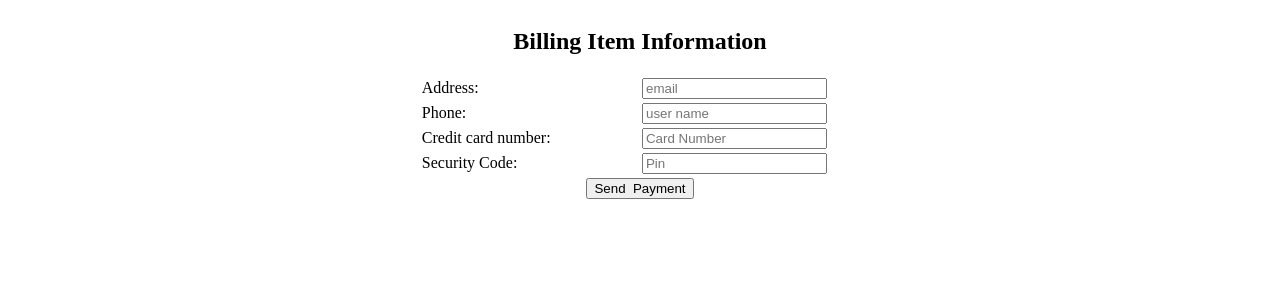
Repository: UnforgivenZZZ/bulldog
Page: http://localhost/bulldog/Orderform.jsp
The author's editor kept a copy of each file at every save. The page is drawn from the files as they stood at one save, then again after the next save.
The browser window is 1280 px wide. The pictures show the whole page.
The page is served by Tomcat 9.

Above is the page before, as saved 2017-07-07 21:17:28.

After the next save:
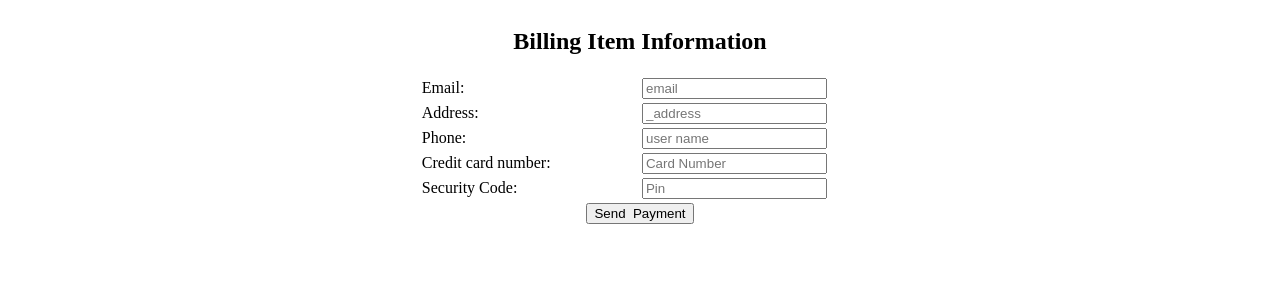
Saved 2 min 1 s later.
--- a/bulldog/WebContent/Orderform.jsp
+++ b/bulldog/WebContent/Orderform.jsp
@@ -10,9 +10,13 @@
     <form action="register" method="post">
         <table border="0" width="35%" align="center">
             <caption><h2>Billing Item Information</h2></caption>
-              <tr>
+             <tr>
+                <td width="50%">Email: </td>
+                <td><input type="text" placeholder="email" name="contact"></td>
+            </tr>
+             <tr>
                 <td width="50%">Address: </td>
-                <td><input type="text" placeholder="email" name="contact"></td>
+                <td><input type="text" placeholder="_address" name="address"></td>
             </tr>
             <tr>
                 <td>Phone: </td>
